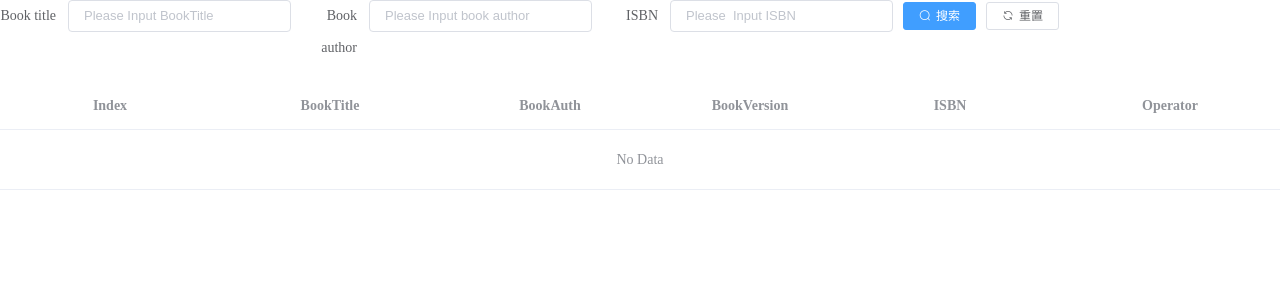
Repository: jacklihy/capgeminitestfrontend
Page: /
An editor plug-in stored every save of this project. The page is shown before and after the next save, followed by the edit.
The browser window is 1280 px wide. The pictures show the whole page.
The page's requests for data from a server got no answer. The project was rebuilt for these pictures with package versions that can differ from the ones it lists, and the page was loaded fresh each time. No one was signed in, and anything a server would have sent is missing. Also part of the build but not shown: vue.config.js.

Above is the page before, as saved 2024-03-08 17:39:20.

After the next save:
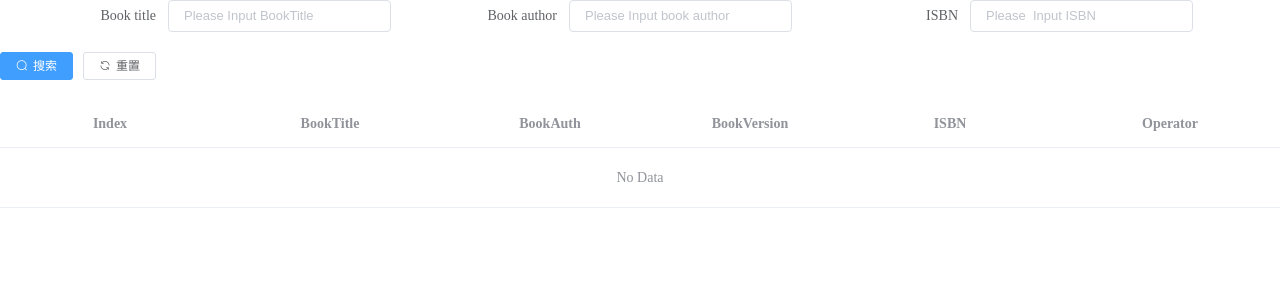
Saved 31 s later.
--- a/src/components/book.vue
+++ b/src/components/book.vue
@@ -1,6 +1,6 @@
 <template>
   <div class="app-container">
-    <el-form :model="queryParams" ref="queryForm" size="small" :inline="true" v-show="showSearch" label-width="68px">
+    <el-form :model="queryParams" ref="queryForm" size="small" :inline="true" v-show="showSearch" label-width="168px">
         <el-form-item label="Book title" prop="bookTitle">
           <el-input
             v-model="queryParams.bookTitle"
@@ -33,11 +33,11 @@
       </el-form>
 
     <el-table :data="bookList" >
-        <!-- <el-table-column type="selection" width="55" align="center" /> -->
+
         <el-table-column label="Index" align="center" prop="bookId" />
         <el-table-column label="BookTitle" align="center" prop="bookTitle" />
         <el-table-column label="BookAuth" align="center" prop="bookAuth" />
-  <!--      <el-table-column label="图书内容" align="center" prop="bookContent" />-->
+
         <el-table-column label="BookVersion" align="center" prop="bookversionDate" width="180">
         </el-table-column>
         <el-table-column label="ISBN" align="center" prop="bookIsbn" />
